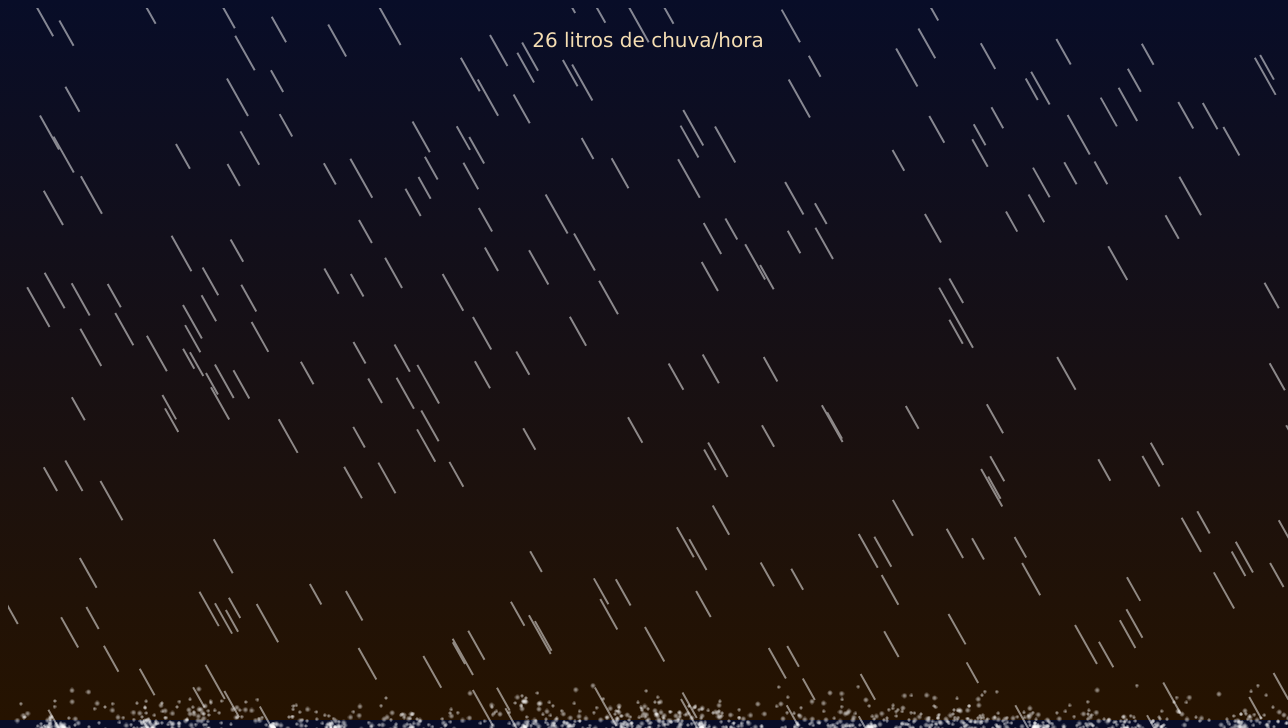
Repository: lucasthaynan/chuvas-estadao
Page: index.html
An editor plug-in stored every save of this project. The page is shown before and after the next save, followed by the edit.
The browser window is 1280 px wide. The page is 1288 px wide, so the pictures cover 1288 px, including what lies to the right of the window. The pictures show the whole page.

Above is the page before, as saved 2023-02-23 18:52:31.
Console error: ReferenceError: dat is not defined

After the next save:
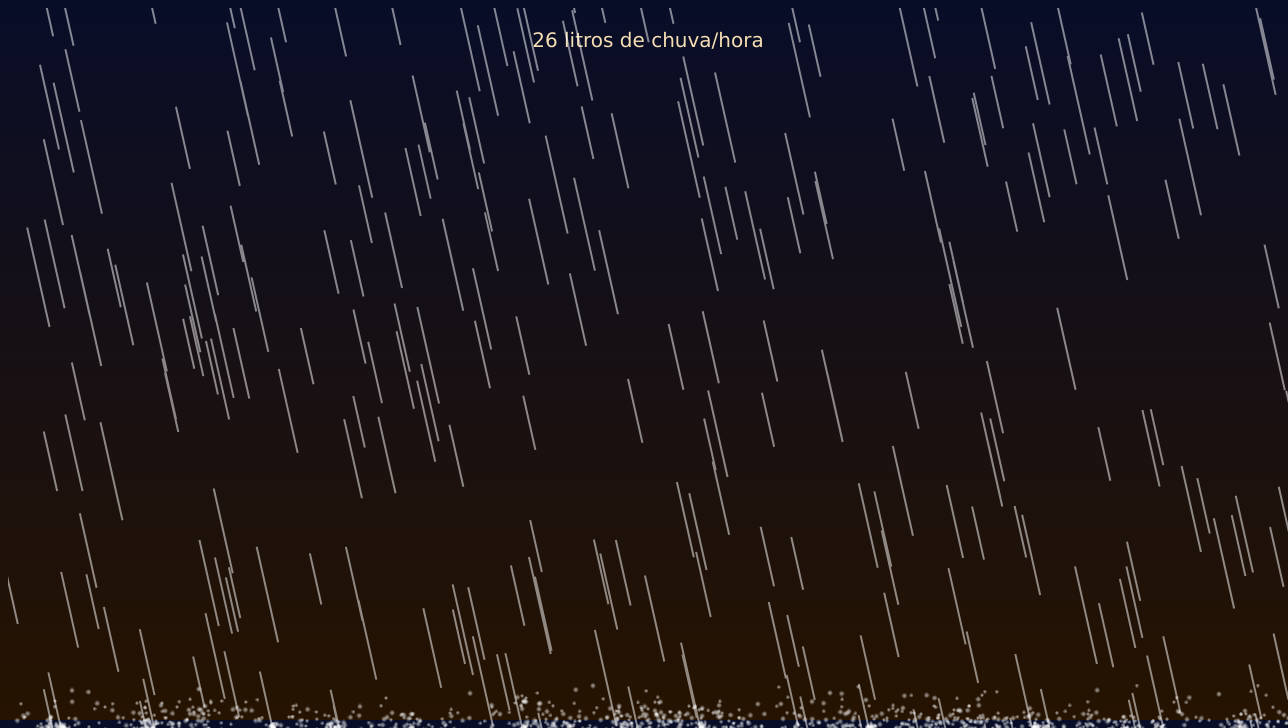
Saved 42 s later.
--- a/main.js
+++ b/main.js
@@ -41,10 +41,10 @@ var demo = {
 	drop_time: 0,
 	// ideal time between drops (changed with mouse/finger)
     drop_delay: 2,
-	// drop_delay: 5,
+	// drop_delay: 156,
 	// wind applied to rain (changed with mouse/finger)
     wind: 15,
-	// wind: 1,
+	// wind: 5,
 	// color of rain (set in init)
 	rain_color: null,
 	rain_color_clear: null,
@@ -221,7 +221,7 @@ function Rain() {
 Rain.width = 2;
 
 // TAMANHO DAS GOSTAS DE CHUVA - 40 = PADRAO
-Rain.height = 40;
+Rain.height = 100;
 Rain.prototype.init = function() {
 	this.y = Math.random() * -100;
 
